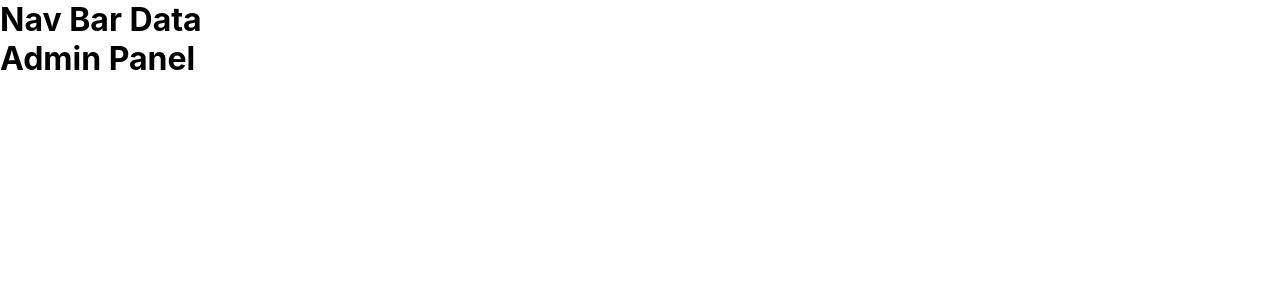
Repository: Prafullkuma/jwttoken
Page: /admin
These files come from the project's save history. The page is drawn as it stood at one moment and after the next save; the edit follows.
The browser window is 1280 px wide. The pictures show the whole page.
The project was rebuilt for these pictures with package versions that can differ from the ones it lists, and the page was loaded fresh each time. Also part of the build but not shown: src/App.css, src/component/Auth/Signup.js, src/component/Auth/Signin.js, src/component/User/User.js, src/component/Home/Home.js.

Above is the page before, as saved 2020-08-22 20:31:24.

### src/App.js
import React from 'react';
import { BrowserRouter, Route } from 'react-router-dom'
import './App.css';
import Navbar from './component/Navbar'
import Signup from './component/Auth/Signup';
import Signin from './component/Auth/Signin';
import User from './component/User/User';
import Dashboard from './component/Admin/Dashboard';
import Home from './component/Home/Home';

function App() {
  return (
    <div className="App">
      <BrowserRouter>
        <Navbar />
        <Route path="/signup" component={Signup} />
        <Route path="/signin" component={Signin} />
        <Route path="/user" component={User} />
        <Route path="/admin" component={Dashboard} />
        <Route exact path="/" component={Home} />
      </BrowserRouter>
    </div>
  );
}

export default App;

### src/component/Navbar.js
import React from 'react'

function Navbar() {
    return (
        <div>
            <h1>Nav Bar Data</h1>
        </div>
    )
}

export default Navbar

### src/component/Admin/Dashboard.js
import React from 'react'

function Dashboard() {
    return (
        <div>
            <h1>Admin Panel</h1>
        </div>
    )
}

export default Dashboard

Loaded but not shown: src/index.js (common file); src/index.css (common file)

After the next save:
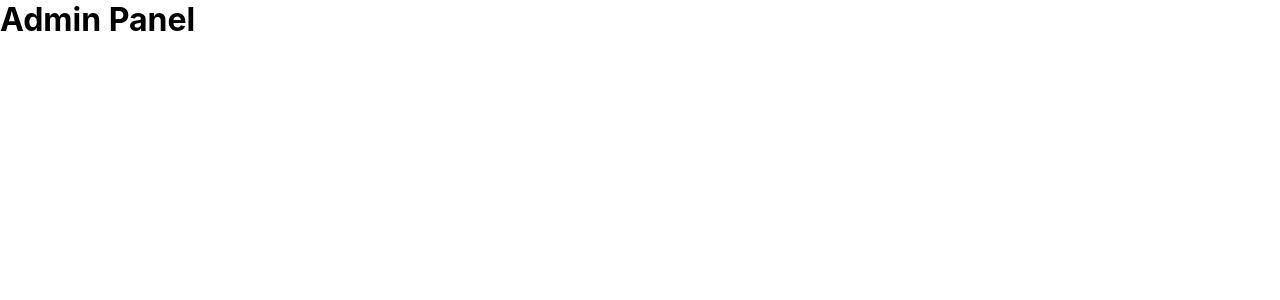
Saved 20 s later.
--- a/src/component/Navbar.js
+++ b/src/component/Navbar.js
@@ -3,7 +3,9 @@ import React from 'react'
 function Navbar() {
     return (
         <div>
-            <h1>Nav Bar Data</h1>
+            <section>
+                <nav></nav>
+            </section>
         </div>
     )
 }
